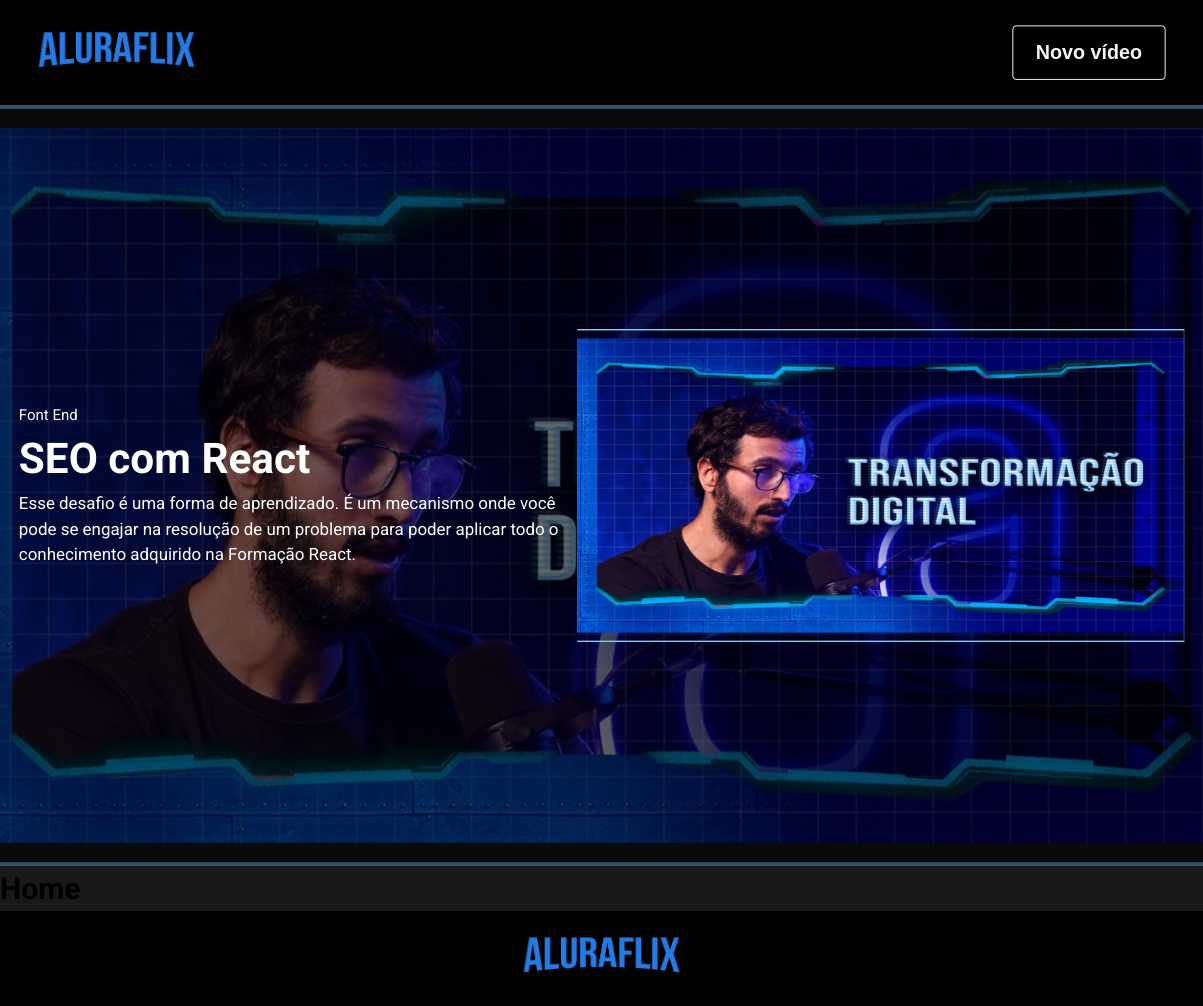
Repository: CarlosEduardoVdeOliveira/aluraflix
Page: /
These files come from the project's save history. The page is drawn as it stood at one moment and after the next save; the edit follows.
The browser window is 1280 px wide. The pictures show the whole page, at 94% of full size.
The project was rebuilt for these pictures with package versions that can differ from the ones it lists, and the page was loaded fresh each time. Also part of the build but not shown: vite.config.js, src/pages/RegisterVideo/index.jsx, src/pages/RegisterCategory/index.jsx.

Above is the page before, as saved 2023-09-20 13:36:39.

### index.html
<!doctype html>
<html lang="en">
  <head>
    <meta charset="UTF-8" />
    <link rel="preconnect" href="https://fonts.googleapis.com">
    <link rel="preconnect" href="https://fonts.gstatic.com" crossorigin>
    <!-- <link rel="icon" type="image/svg+xml" href="/vite.svg" /> -->
    <meta name="viewport" content="width=device-width, initial-scale=1.0" />
    <link href="https://fonts.googleapis.com/css2?family=Roboto:wght@300;400;500;700&display=swap" rel="stylesheet">
    <title>Alura + Flix</title>
  </head>
  <body>
    <div id="root"></div>
    <script type="module" src="/src/main.jsx"></script>
  </body>
</html>

### src/main.jsx
import React from 'react'
import ReactDOM from 'react-dom/client'
import AppRoutes from './routes'
import './index.css'

ReactDOM.createRoot(document.getElementById('root')).render(
  <React.StrictMode>
    <AppRoutes />
  </React.StrictMode>,
)

### src/routes.jsx
import { BrowserRouter, Route, Routes } from 'react-router-dom'
import PageBase from './pages/pageBase'
import Home from './pages/Home/Home'
import { ThemeProvider } from '@mui/material'
import { theme } from './'
import RegisterVideo from './pages/RegisterVideo'
import RegisterCategory from './pages/RegisterCategory'


export default function AppRoutes() {
  return (
    <BrowserRouter>
      <ThemeProvider theme={theme}>
        <Routes>
          <Route path='/' element={<PageBase />}>
            <Route index element={<Home />}></Route>
            <Route path='register-video' element={<RegisterVideo />}></Route>
            <Route path='register-category' element={<RegisterCategory />}></Route>
          </Route>
        </Routes>
      </ThemeProvider>
    </BrowserRouter>
  )
}

### src/index.css
:root {
  --gray-100: #F5F5F5;
  --gray-150: #E5E5E5;
  --gray-500: #191919;
  --blue-500: #2A7AE4;
  font-family: 'Roboto', sans-serif;
  line-height: 1.5;
  font-weight: 400;
  font-size: 1rem;
  font-synthesis: none;
  text-rendering: optimizeLegibility;
  -webkit-font-smoothing: antialiased;
  -moz-osx-font-smoothing: grayscale;
  -webkit-text-size-adjust: 100%;
}
*{
  box-sizing: border-box;
  margin: 0;
  padding: 0;
  scroll-behavior: smooth;
}
body{
  background-color: var(--gray-500);
}
a {
  text-decoration: none;
  transiton: .5s all ease-out;
}

button{
  cusor: pointer;
  transiton: .5s all ease-out;
}

### src/pages/pageBase/index.jsx
import { Banner } from '../../components/Banner';
import Footer from '../../components/Footer';
import Header from '../../components/Header'
import { Outlet } from "react-router-dom";
import { useLocation } from 'react-router-dom';


export default function PageBase() {
  const location = useLocation()
  return (
    <main>
      <Header button={location.pathname === '/'} />
      <Banner banner={location.pathname === '/'} />
      <Outlet />
      <Footer />
    </main>
  )
}

### src/pages/Home/Home.jsx

function Home() {

  return (
    <>
      <h1>Home</h1>
    </>
  )
}

export default Home

### src/index.js
import { createTheme } from '@mui/material/styles';

export const theme = createTheme({
  palette: {
    primary: {
      main: '#2A7AE4',
      light: '#6BD1FF',
      dark: '#002884',
      contrastText: '#fff',
    },
    secondary: {
      light: '#ff7961',
      main: '#f44336',
      dark: '#ba000d',
      contrastText: '#000',
    },
  },
});

### src/components/Banner/index.jsx
import styles from './Banner.module.css'
import bannerImage from '../../../public/banner.png'
import TitleCategory from '../Category';


// eslint-disable-next-line react/prop-types
export function Banner({banner}){
  return(
    <>
      {
        banner && (
        <div className={styles.container}>
          <div className={styles.content}>
            <TitleCategory>Font End</TitleCategory>
            <h5 >
              SEO com React
            </h5>
            <p>
              Esse desafio é uma forma de aprendizado.
              É um mecanismo onde você pode se engajar na resolução de um problema
              para poder aplicar todo o conhecimento adquirido na Formação React.
            </p>
          </div>
          <img src={bannerImage} alt='Imagem do SEO da alura, '/>
        </div>
        )
      }
    </>
  );
}

### src/components/Footer/index.jsx
import { Link } from 'react-router-dom'
import logo from '../../assets/logo.png'
import styles from './Footer.module.css'
function Footer() {
  return (
    <footer className={styles.container}>
      <Link to='/'>
        <img src={logo} alt="Logo do aluraflix" />
      </Link>
    </footer>
  )
}

export default Footer

### src/components/Header/index.jsx
/* eslint-disable react/prop-types */
// eslint-disable-next-line no-unused-vars
import React from 'react';

import logo from '../../assets/logo.png'
import styles from './Header.module.css'
import { Link } from 'react-router-dom';
import Button from '../Button';


const Header = ({button}) => {

  return (
    <header className={styles.container}>
      <Link to="/">
        <img src={logo} alt='Logo do aluraflix' />
      </Link>
      {button && <Button
        bgColor="#000"
        borderColor="1px solid #FFF"
        color="#F5f5f5"
        >
          Novo vídeo
        </Button>}
    </header>
  )
}

export default Header

### src/components/Banner/Banner.module.css
.container{
  background: linear-gradient(rgba(0, 0, 0, 0.59), rgba(0, 0, 0, 0.59)),
  url(../../../public/banner.png) center / cover no-repeat;
  width: 100%;
  height: 50.563rem;
  display: flex;
  justify-content: center;
  align-items: center;
  gap: 10px;
  padding: 20px;
}
.container img{
  width: 646px;
  height: 333.582px;
  flex-shrink: 0;
}
.content{
  color: #FFF;
}
.content h5{
  font-size: 45px;
}
.content p{
  font-size: 18px;
}

### src/components/Category/index.jsx
import styles from "./TitleCategory.module.css"
// eslint-disable-next-line react/prop-types
function TitleCategory({children}) {
  return(
    <div className={styles.container}>
      {children}
    </div>
  )
}

export default TitleCategory

### src/components/Footer/Footer.module.css
.container{
  display: flex;
  align-items: center;
  justify-content: center;
  padding: 1.688rem 2.5rem;
  background-color: rgba(0, 0, 0, 0.9);
}

.container img{
  width: 168.45px;
  height: 40px;
}

### src/components/Header/Header.module.css
.container{
  display: flex;
  justify-content: space-between;
  align-items: center;
  padding: 1.688rem 2.5rem;
  background-color: rgba(0, 0, 0, 0.9);
}

.container img{
  width: 168.45px;
  height: 40px;
}

### src/components/Button/index.jsx
import styles from './Button.module.css'
// eslint-disable-next-line react/prop-types
function Button({children, bgColor, borderColor, color}) {
  return(
    <button className={styles.button}
      style={{
        background:bgColor,
        border:borderColor,
        color:color
      }}
    >
      {children}
    </button>
  )
}

export default Button

### src/components/Button/Button.module.css
.button{
  color: #FFF;
  text-align: center;
  padding: 1rem 1.5rem;
  border-radius: .25rem;
  font-size: 21px;
  font-style: normal;
  font-weight: 600;
  line-height: 24px;
}

### src/components/Category/TitleCategory.module.css
.cointainer{
  width: 296px;
  height: 92px;
  padding: 5px;
  text-align: center;
  border-radius: 5px;
  font-size: 60px;
  color: #FFF;
  background-color: #6BD1FF;
}

After the next save:
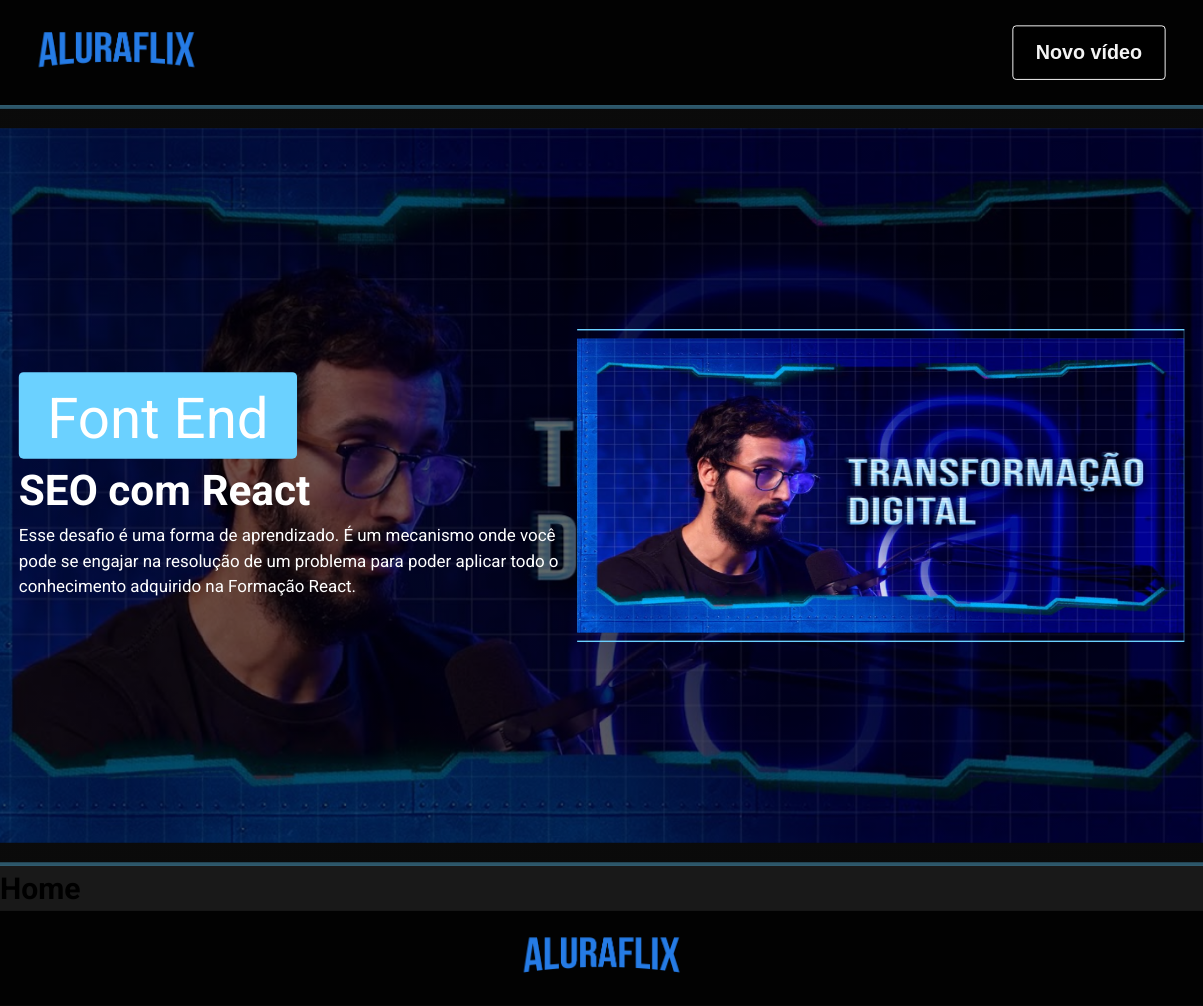
Saved 1 s later.
--- a/src/components/Category/TitleCategory.module.css
+++ b/src/components/Category/TitleCategory.module.css
@@ -1,4 +1,4 @@
-.cointainer{
+.container{
   width: 296px;
   height: 92px;
   padding: 5px;
